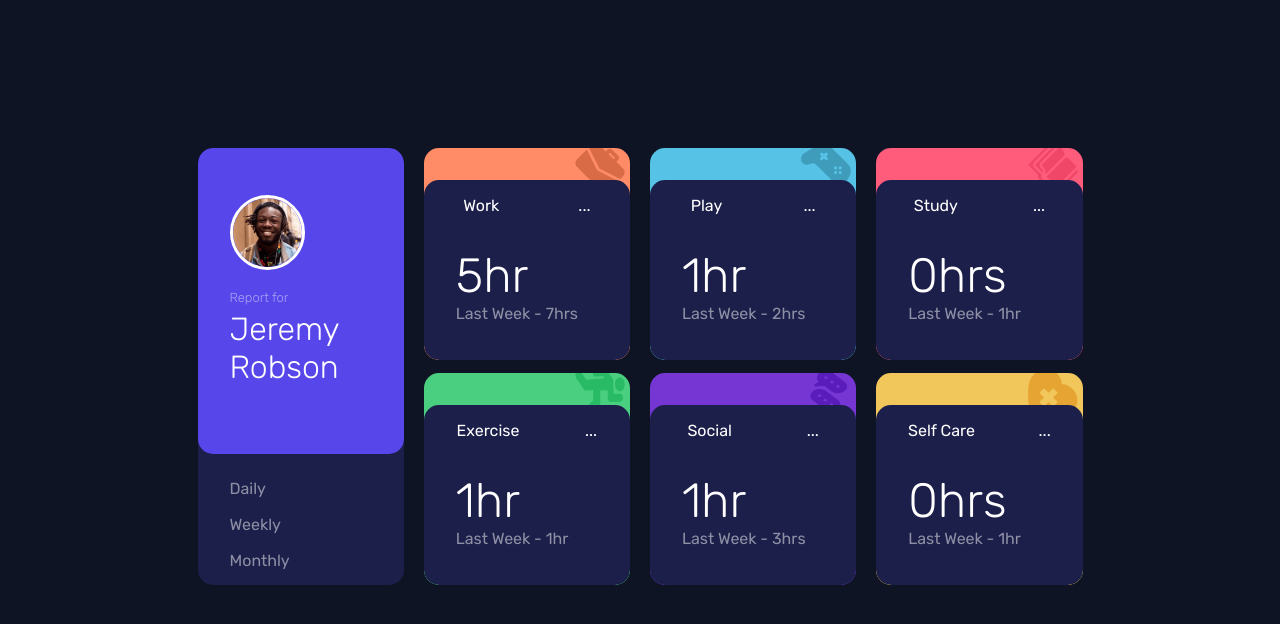
Repository: 3mr-5aled/time-tracking-dashboard-Junior
Page: index.html
An editor plug-in stored every save of this project. The page is shown before and after the next save, followed by the edit.
The browser window is 1280 px wide. The pictures show the whole page.

Above is the page before, as saved 2022-12-27 21:10:03.

After the next save:
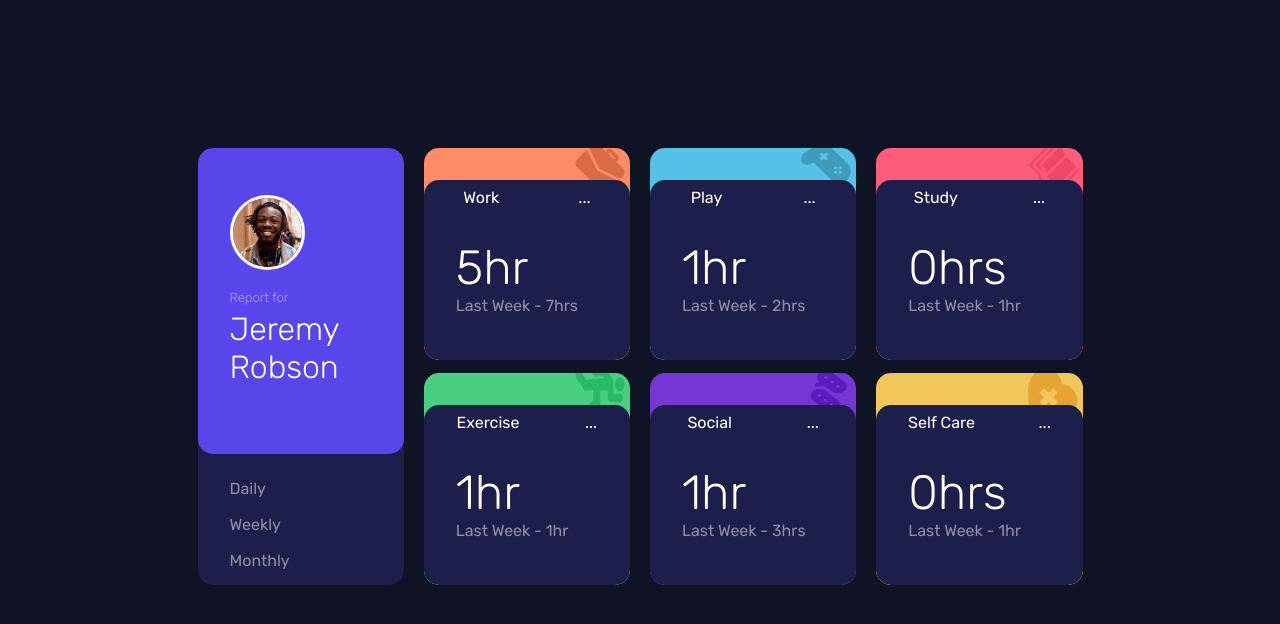
Saved 30 s later.
--- a/style.css
+++ b/style.css
@@ -142,7 +142,7 @@ body {
   flex-direction: row;
   justify-content: space-around;
   align-items: center;
-  margin-top: 1rem;
+  margin-top: 0.5rem;
 }
 h4 {
   font-weight: 200;
